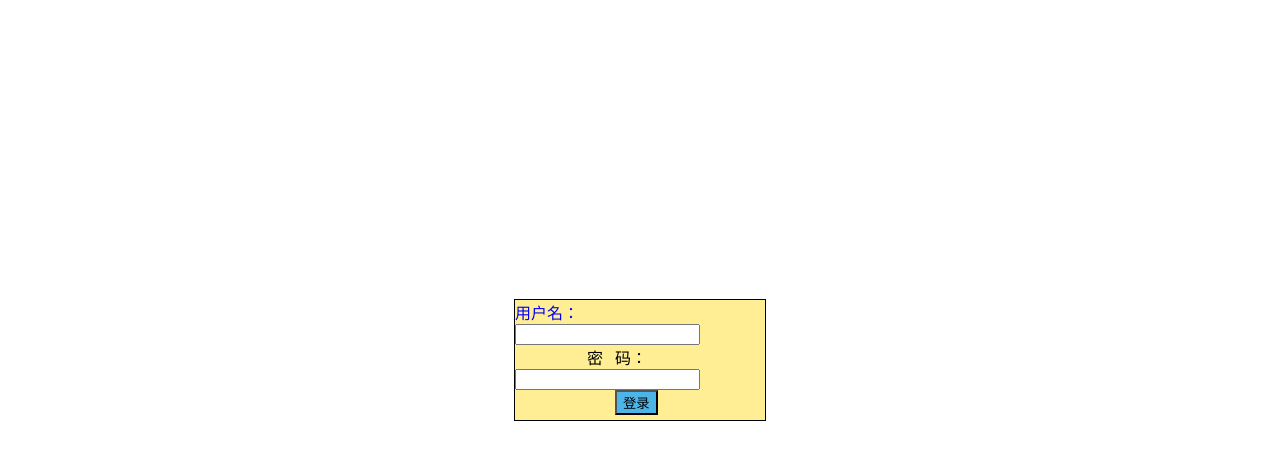
Repository: guirui-li/StudyJavaWeb
Page: http://localhost/JavawebTest/LoginServlet
An editor plug-in stored every save of this project. The page is shown before and after the next save, followed by the edit.
The browser window is 1280 px wide. The pictures show the whole page.
The page is served by Tomcat 9.

Above is the page before, as saved 2019-05-03 07:22:55.

After the next save:
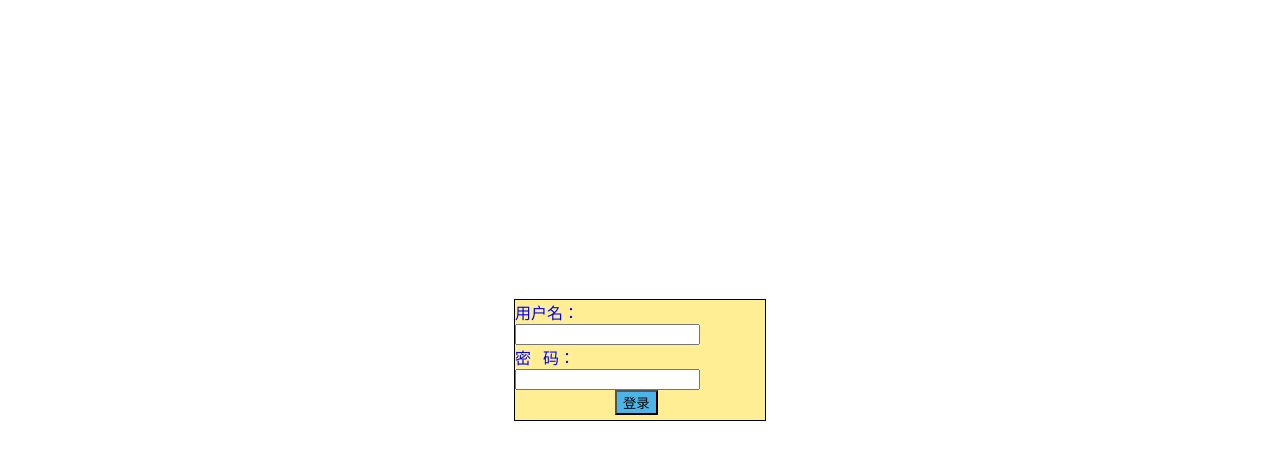
Saved 5 s later.
--- a/JavawebTest/WebContent/experiment07/login.jsp
+++ b/JavawebTest/WebContent/experiment07/login.jsp
@@ -39,8 +39,8 @@
 			<div id="div1">
 				${requestScope.page1 }
 			</div>
-		<label></label>
-			密&nbsp;&nbsp;&nbsp;码：
+		<label>密&nbsp;&nbsp;&nbsp;码：</label>
+
 			<input type="text" name="psw" value="${requestScope.psw }" id="psw"/>
 			<br>
 
